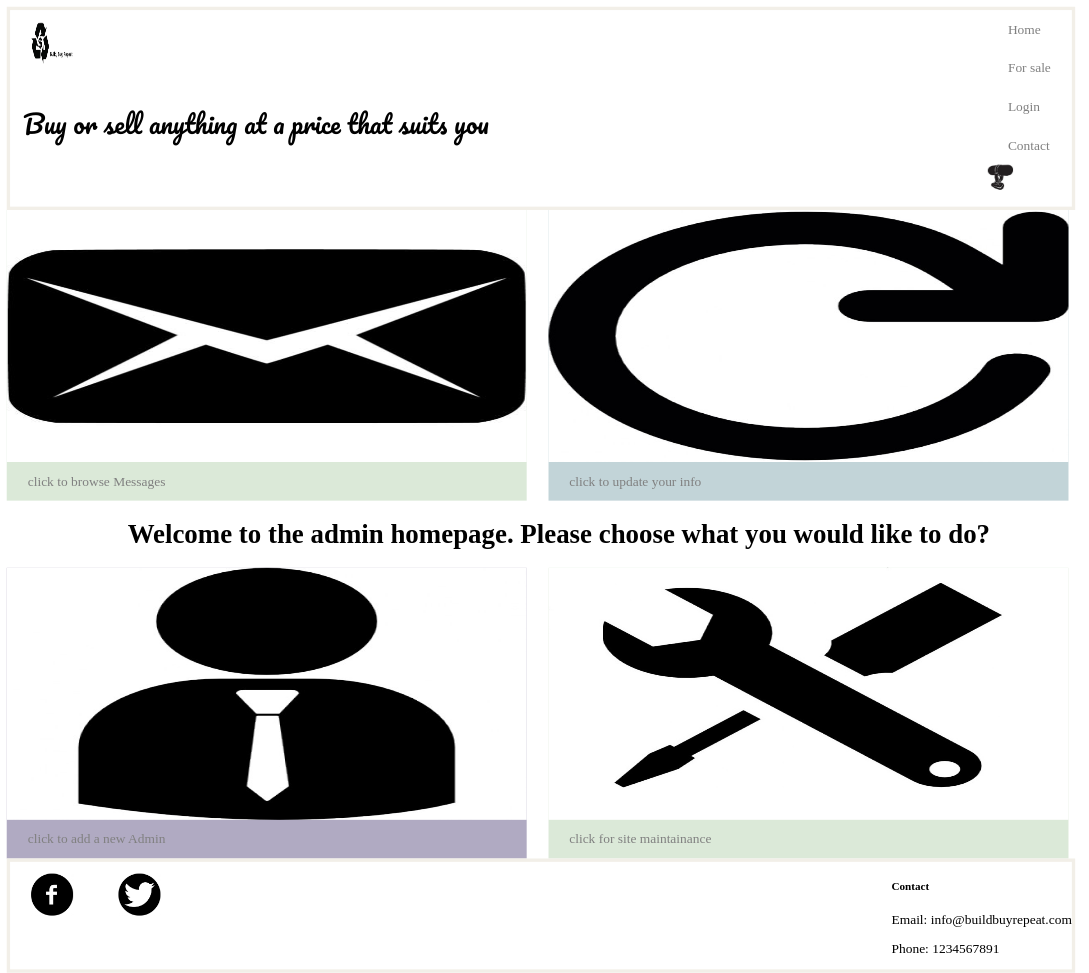
Repository: L00107244/Dynamic_websites_and_services
Page: http://localhost/web-SQL/webpages/adminPage.jsp
An editor plug-in stored every save of this project. The page is shown before and after the next save, followed by the edit.
The browser window is 1280 px wide. The page is 1297 px wide, so the pictures cover 1297 px, including what lies to the right of the window. The pictures show the whole page, at 84% of full size.
Some web fonts or font styles are not loaded; a fallback is used. The page is served by Tomcat 9.

Above is the page before, as saved 2017-08-01 12:59:55.

After the next save:
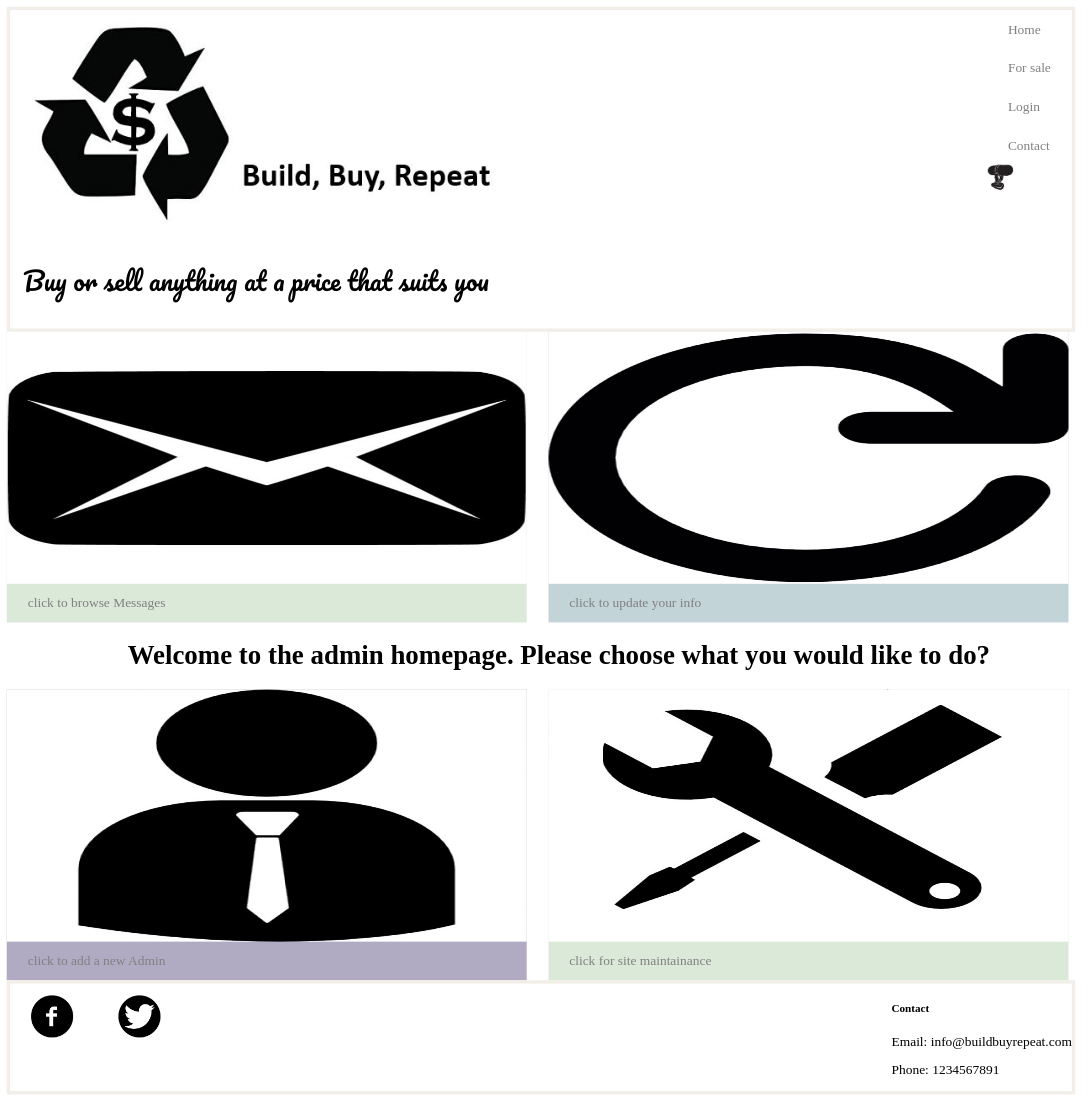
Saved 28 s later.
--- a/web-SQL/WebContent/webpages/adminPage.jsp
+++ b/web-SQL/WebContent/webpages/adminPage.jsp
@@ -13,7 +13,7 @@
 <div id = header>
 
 <div id= logo>
-<a href="http://localhost:8080/web-SQL/webpages/index.jsp"><img src= "Sample_photos/logo/main_logo.JPG" width="50" height="50"></a>
+<a href="http://localhost:8080/web-SQL/webpages/index.jsp"><img src= "Sample_photos/logo/main_logo.JPG"></a>
 <div id = Quote>
 <link href="https://fonts.googleapis.com/css?family=Pacifico" rel="stylesheet">
 <p>Buy or sell anything at a price that suits you</p>
